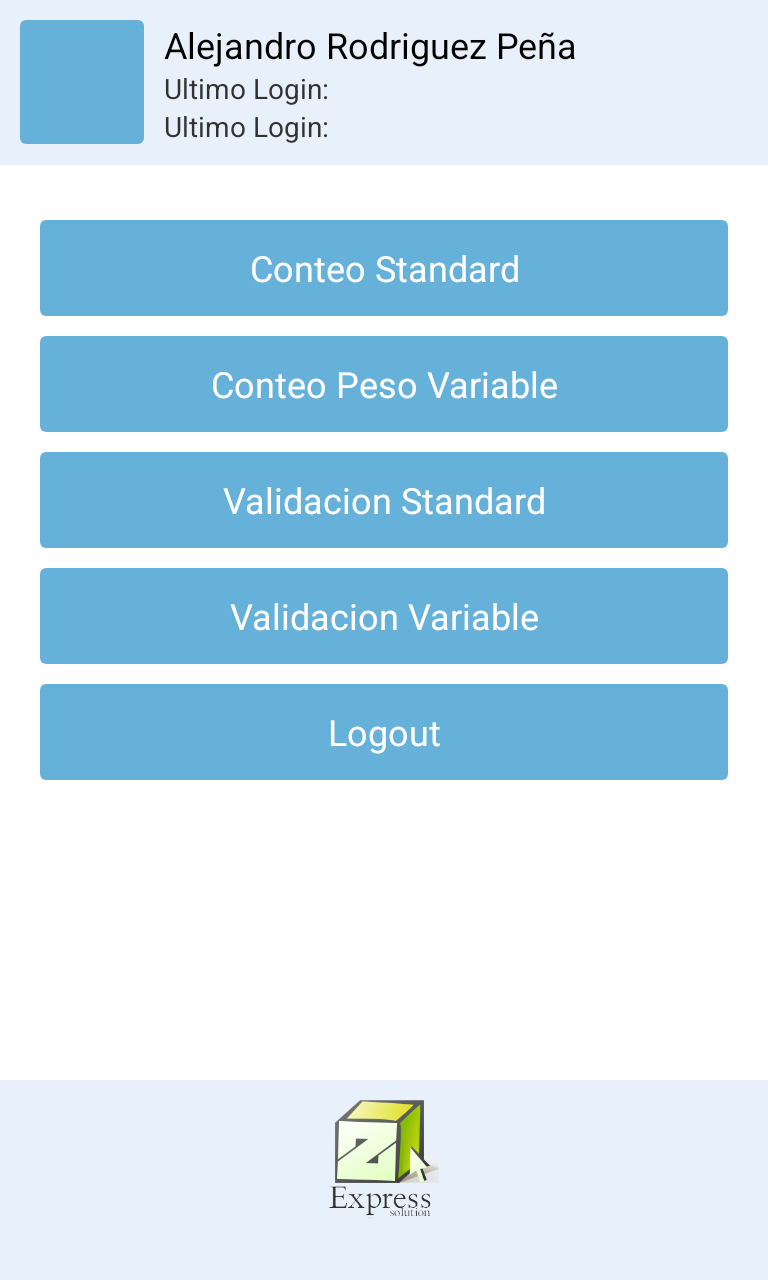
Repository: arodriguezp2003/aqandroid
Layout: BlueFlameWMS/res/layout/lmenu.xml
The author's editor kept a copy of each file at every save. The layout is drawn from the files as they stood at one save, then again after the next save.
It is drawn on a 768 x 1280 px phone screen (xhdpi) without system bars, with theme AppTheme; the app's code is not run.

Above is the layout before, as saved 2014-06-20 15:52:37.

### BlueFlameWMS/res/layout/lmenu.xml
<?xml version="1.0" encoding="utf-8"?>
<ScrollView
  xmlns:android="http://schemas.android.com/apk/res/android"
  android:layout_width="fill_parent"
  android:layout_height="fill_parent"
  android:fillViewport="true">
<RelativeLayout
        android:layout_width="fill_parent"
        android:layout_height="wrap_content" android:background="#ffffff">

     <LinearLayout
        android:layout_width="match_parent"
        android:layout_height="wrap_content"
        android:background="@drawable/fondo"
        android:paddingBottom="10dp" >

        <ImageView
            android:id="@+id/xImage"
            android:layout_width="72dp"
            android:layout_height="72dp"
            android:paddingLeft="10dp"
            android:paddingTop="10dp"
            android:src="@drawable/btn" />

        <LinearLayout
            android:layout_width="wrap_content"
            android:layout_height="wrap_content"
            android:orientation="vertical" >

            <TextView
                android:id="@+id/xUsername"
                android:layout_width="wrap_content"
                android:layout_height="wrap_content"
                android:paddingLeft="10dp"
                android:paddingTop="10dp"
                android:text="Alejandro Rodriguez Peña"
                android:textAppearance="?android:attr/textAppearanceMedium" />

            <TextView
                android:id="@+id/xUsername"
                android:layout_width="wrap_content"
                android:layout_height="wrap_content"
                android:paddingLeft="10dp"
                android:paddingTop="0dp"
                android:text="Ultimo Login:"
                android:textAppearance="?android:attr/textAppearanceSmall" />

            <TextView
                android:id="@+id/xLastLog"
                android:layout_width="wrap_content"
                android:layout_height="wrap_content"
                android:paddingLeft="10dp"
                android:paddingTop="0dp"
                android:text="Ultimo Login:"
                android:textAppearance="?android:attr/textAppearanceSmall" />
        </LinearLayout>
    </LinearLayout>

  <LinearLayout
      android:id="@+id/footer"
      android:layout_width="fill_parent"
      android:layout_height="100dip"
      android:layout_alignParentBottom="true"
      android:background="@drawable/fondo" >

      <ImageView
          android:id="@+id/logosss"
          android:layout_width="match_parent"
          android:padding="10dp"
          android:layout_height="80dp"
          android:src="@drawable/logo"
        />

        </LinearLayout>

  <LinearLayout
         android:id="@+id/CUERPO"
          android:orientation="vertical"
          android:layout_width="match_parent"
          android:layout_height="wrap_content"
          android:padding="20dip"
          android:layout_marginTop="80dp"
         >

	  <Button
	    android:id="@+id/btn_CS"
	    android:layout_width="match_parent"
	    android:layout_height="wrap_content"
	    android:layout_marginTop="10dp"
	    android:background="@drawable/btn"
	    android:text="@string/btn_TareaConteoEstandar"
	    android:textColor="@drawable/text_btn" />

	    <Button
	    android:id="@+id/btn_CV"
	    android:layout_width="match_parent"
	    android:layout_height="wrap_content"
	    android:layout_marginTop="10dp"
	    android:background="@drawable/btn"
	    android:text="@string/btn_tare_conteo_peso"
	    android:textColor="@drawable/text_btn" />

	    <Button
	    android:id="@+id/btn_CSV"
	    android:layout_width="match_parent"
	    android:layout_height="wrap_content"
	    android:layout_marginTop="10dp"
	    android:background="@drawable/btn"
	    android:text="@string/btn_TareaConteoEstandarVAL"
	    android:textColor="@drawable/text_btn" />

	    <Button
	    android:id="@+id/btn_CVV"
	    android:layout_width="match_parent"
	    android:layout_height="wrap_content"
	    android:layout_marginTop="10dp"
	    android:background="@drawable/btn"
	    android:text="@string/btn_tare_conteo_pesoVAL"
	    android:textColor="@drawable/text_btn" />

	     <Button
	    android:id="@+id/Logout"
	    android:layout_width="match_parent"
	    android:layout_height="wrap_content"
	    android:layout_marginTop="10dp"
	    android:background="@drawable/btn"
	    android:text="Logout"
	    android:textColor="@drawable/text_btn" />
    </LinearLayout>
  </RelativeLayout>

</ScrollView>

### BlueFlameWMS/res/drawable-mdpi/fondo.xml
<?xml version="1.0" encoding="utf-8"?>
<selector xmlns:android="http://schemas.android.com/apk/res/android" >
    <item>
        <shape >
            <solid android:color="#e8f0fb" />
        </shape>
    </item>

</selector>

### BlueFlameWMS/res/drawable-mdpi/btn.xml
<?xml version="1.0" encoding="utf-8"?>
<selector xmlns:android="http://schemas.android.com/apk/res/android">
    <item android:state_pressed="true" >
        <shape>
            <solid
                android:color="#124686" />

            <corners
                android:radius="3dp" />
            <padding
                android:left="10dp"
                android:top="10dp"
                android:right="10dp"
                android:bottom="10dp" />
        </shape>
    </item>
    <item >
        <shape >
            <solid
                android:color="#66b1da" />

            <corners
                android:radius="3dp" />
            <padding
                android:left="10dp"
                android:top="10dp"
                android:right="10dp"
                android:bottom="10dp" />
        </shape>
    </item>
</selector>

### BlueFlameWMS/res/values/strings.xml
<?xml version="1.0" encoding="utf-8"?>
<resources>

    <string name="app_name">BlueFlameWMS</string>
    <string name="hello_world">Hello world!</string>
    <string name="action_settings">Settings</string>
	<string name="auth">Login</string>
    <string name="user">Usuario</string>
    <string name="password">Password</string>

     <string name="btn_TareaConteoEstandar">Conteo Standard</string>
    <string name="btn_TareaConteoEstandarVAL">Validacion Standard</string>
    <string name="btn_tare_conteo_peso">Conteo Peso Variable</string>
    <string name="btn_tare_conteo_pesoVAL">Validacion Variable</string>
</resources>

### BlueFlameWMS/res/drawable-mdpi/text_btn.xml
<?xml version="1.0" encoding="utf-8"?>
<selector
    xmlns:android="http://schemas.android.com/apk/res/android"
>
    <!-- Any Enabled button, gets White Text -->
    <item
        android:color="#FFF"
        android:state_enabled="true" />

    <!-- Buttons with any other state, get DarkGray Text -->
    <item
        android:color="#FFF"/>
</selector>

Loaded but not shown: BlueFlameWMS/res/values/styles.xml (common file); BlueFlameWMS/res/values-v11/styles.xml (common file); BlueFlameWMS/res/values-v14/styles.xml (common file)

After the next save:
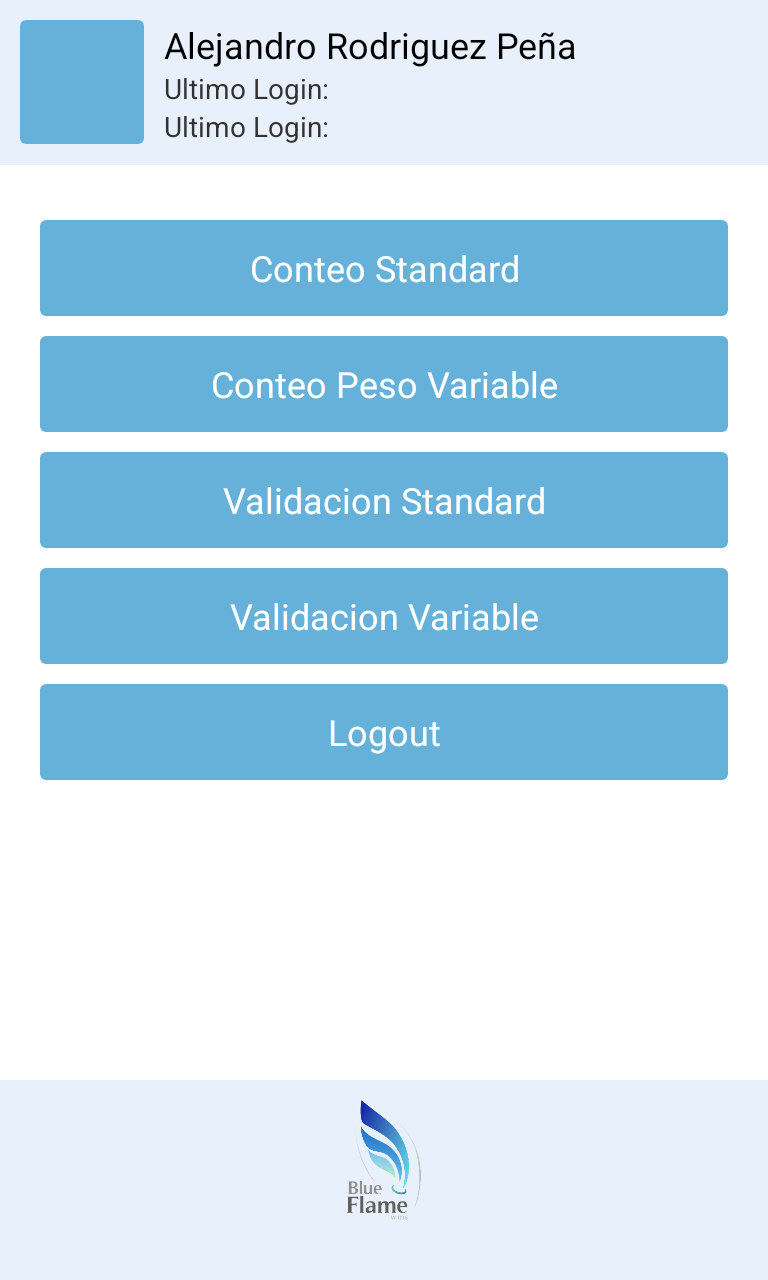
Saved 4 min 39 s later.
--- a/BlueFlameWMS/res/layout/lmenu.xml
+++ b/BlueFlameWMS/res/layout/lmenu.xml
@@ -68,7 +68,7 @@
           android:layout_width="match_parent"
           android:padding="10dp"
           android:layout_height="80dp"
-          android:src="@drawable/logo"
+          android:src="@drawable/logos"
         />
 
         </LinearLayout>
